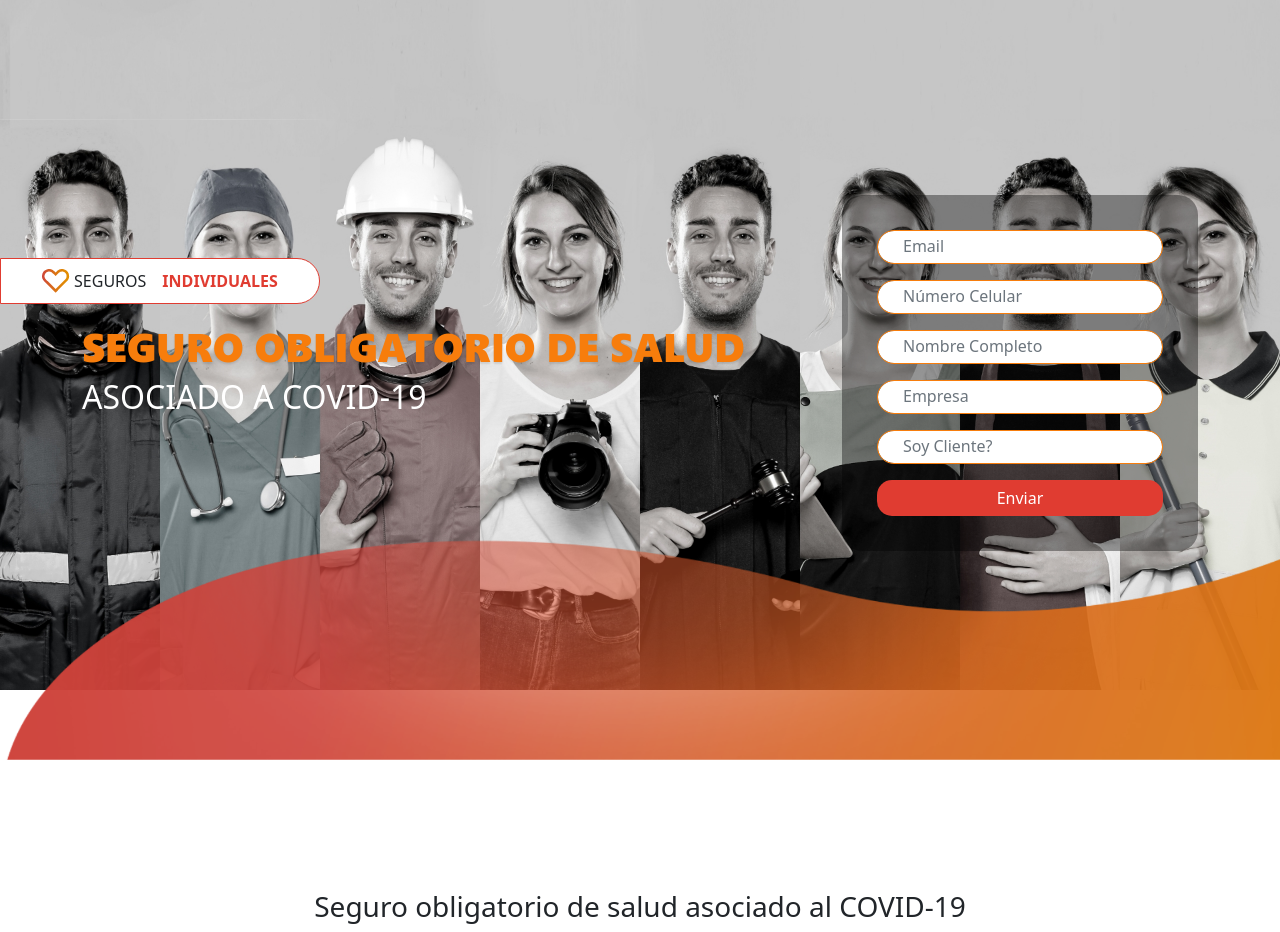
Repository: Darigo30/vidacamara
Page: index.html
An editor plug-in stored every save of this project. The page is shown before and after the next save, followed by the edit.
The browser window is 1280 px wide. The pictures show the whole page.
Some web fonts or font styles are not loaded; a fallback is used. Some web libraries are served in a nearby version.

Above is the page before, as saved 2021-07-28 22:39:51.
Not found: assets/js/custom.js

After the next save:
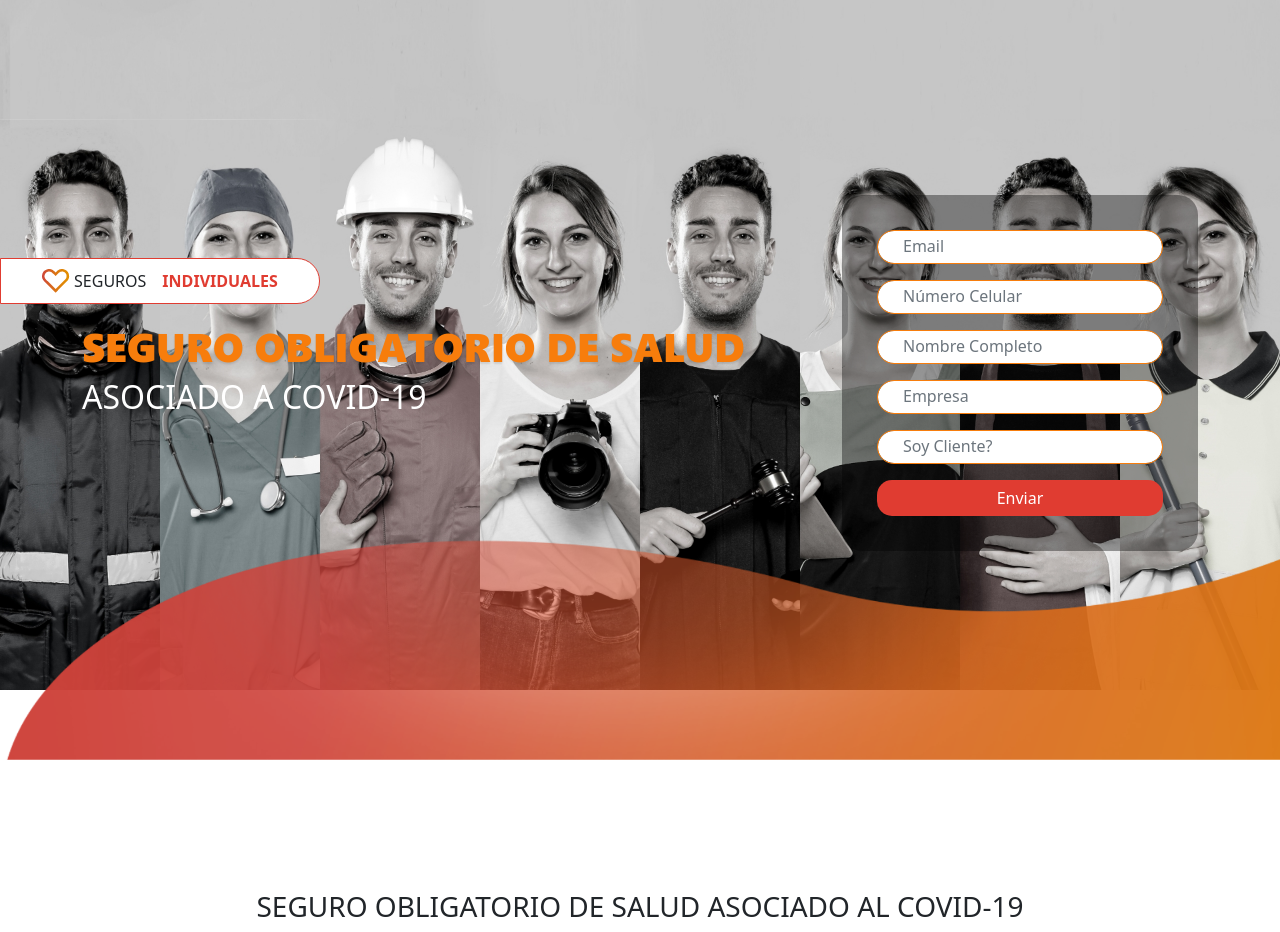
Saved 12 s later.
--- a/index.html
+++ b/index.html
@@ -56,7 +56,7 @@
             <div class="container">
                 <div class="row">
                     <div class="col-12">
-                        <h3 class="text-center">Seguro obligatorio de salud asociado al COVID-19</h3>
+                        <h3 class="text-center text-uppercase">Seguro obligatorio de salud asociado al COVID-19</h3>
                     </div>
                 </div>
             </div>
